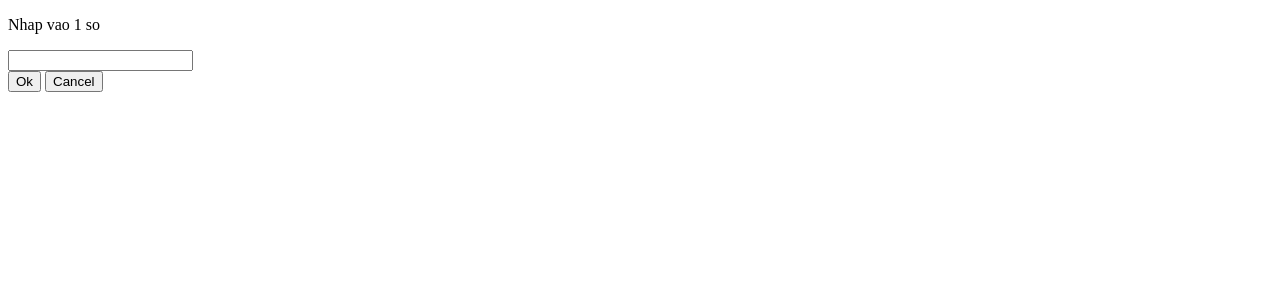
Repository: lhggiang/Sodaonguoc
Page: index.html
The author's editor kept a copy of each file at every save. The page is drawn from the files as they stood at one save, then again after the next save.
The browser window is 1280 px wide. The pictures show the whole page.

Above is the page before, as saved 2023-05-18 21:24:03.

### index.html
<!DOCTYPE html>
<html lang="en">

<head>
    <meta charset="UTF-8">
    <meta http-equiv="X-UA-Compatible" content="IE=edge">
    <meta name="viewport" content="width=device-width, initial-scale=1.0">
    <title>Document</title>
</head>

<body>
    <div class="sodaonguoc">
        <p>Nhap vao 1 so</p>
        <input type="number" name="num" id="num">
        <div class="btn">
            <button>Ok</button>
            <button>Cancel</button>
        </div>
    </div>

    <script src="./javascript.js"></script>
</body>

</html>

### javascript.js
//So dao nguoc
//C1:

//C2:

After the next save:
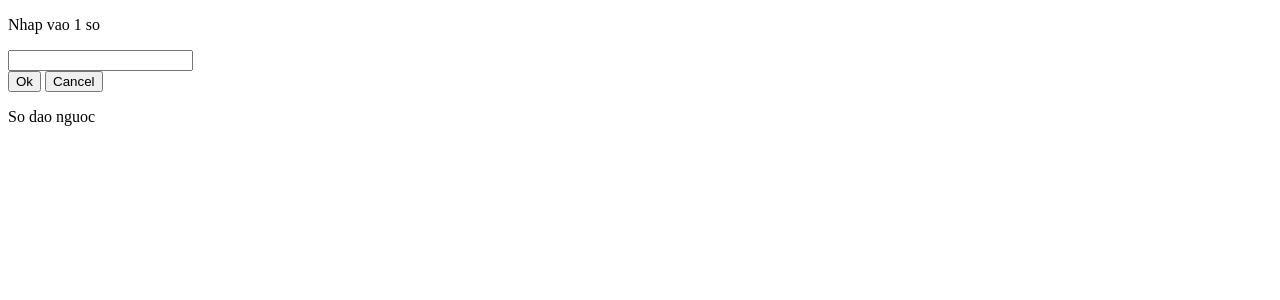
Saved 12 s later.
--- a/index.html
+++ b/index.html
@@ -16,6 +16,7 @@
             <button>Ok</button>
             <button>Cancel</button>
         </div>
+        <p>So dao nguoc</p>
     </div>
 
     <script src="./javascript.js"></script>
